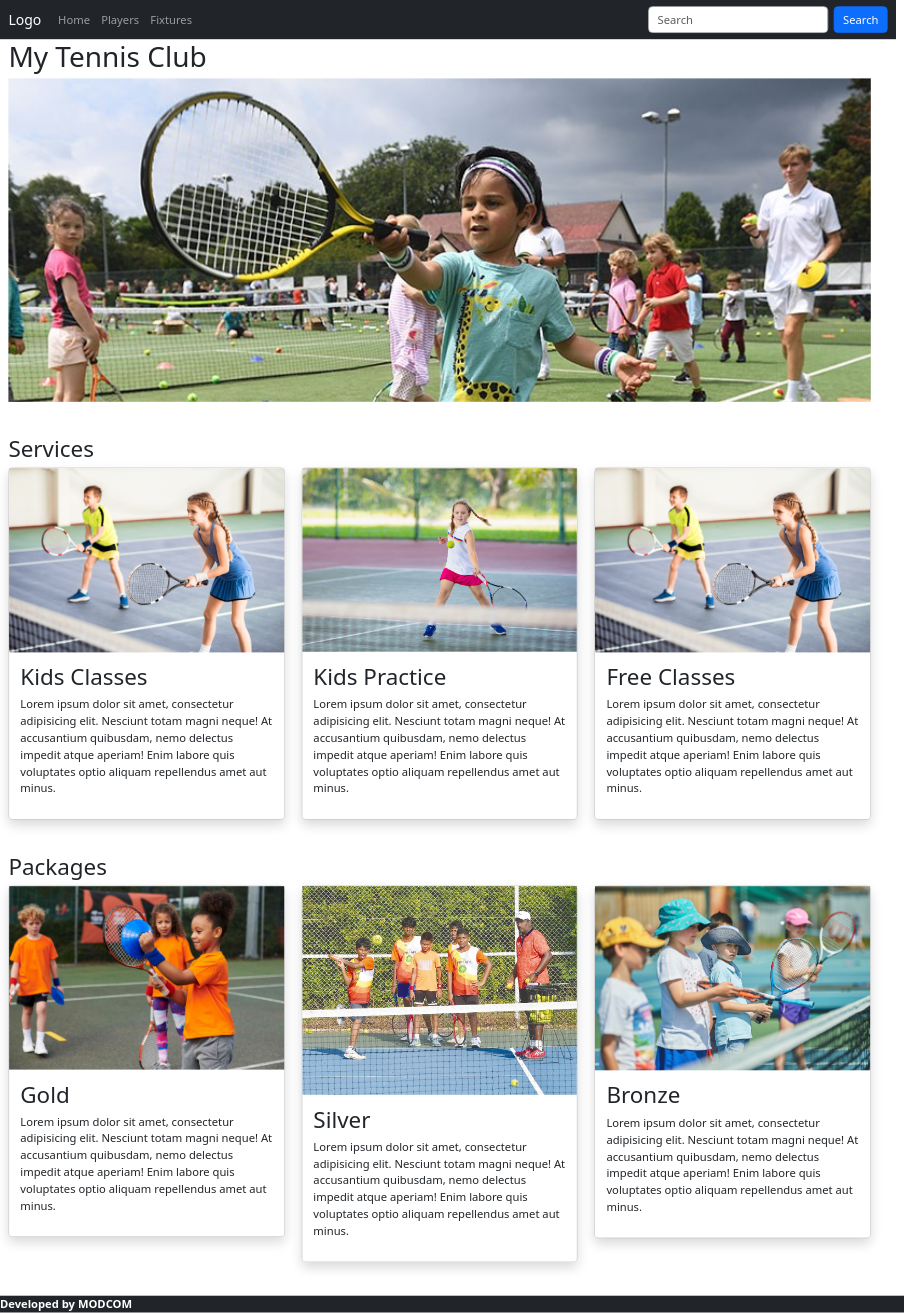
Repository: shanicenaliakanyongesa/kotlin_cont
Page: http://localhost/home/
An editor plug-in stored every save of this project. The page is shown before and after the next save, followed by the edit.
The browser window is 1280 px wide. The page is 1292 px wide, then 1280 px, so the pictures cover 1292 px, including what lies to the right of the window. The pictures show the whole page, at 70% of full size.
The page is served by the project's application, run on Django 5.2 (manage.py).

Above is the page before, as saved 2024-10-29 13:49:39.

After the next save:
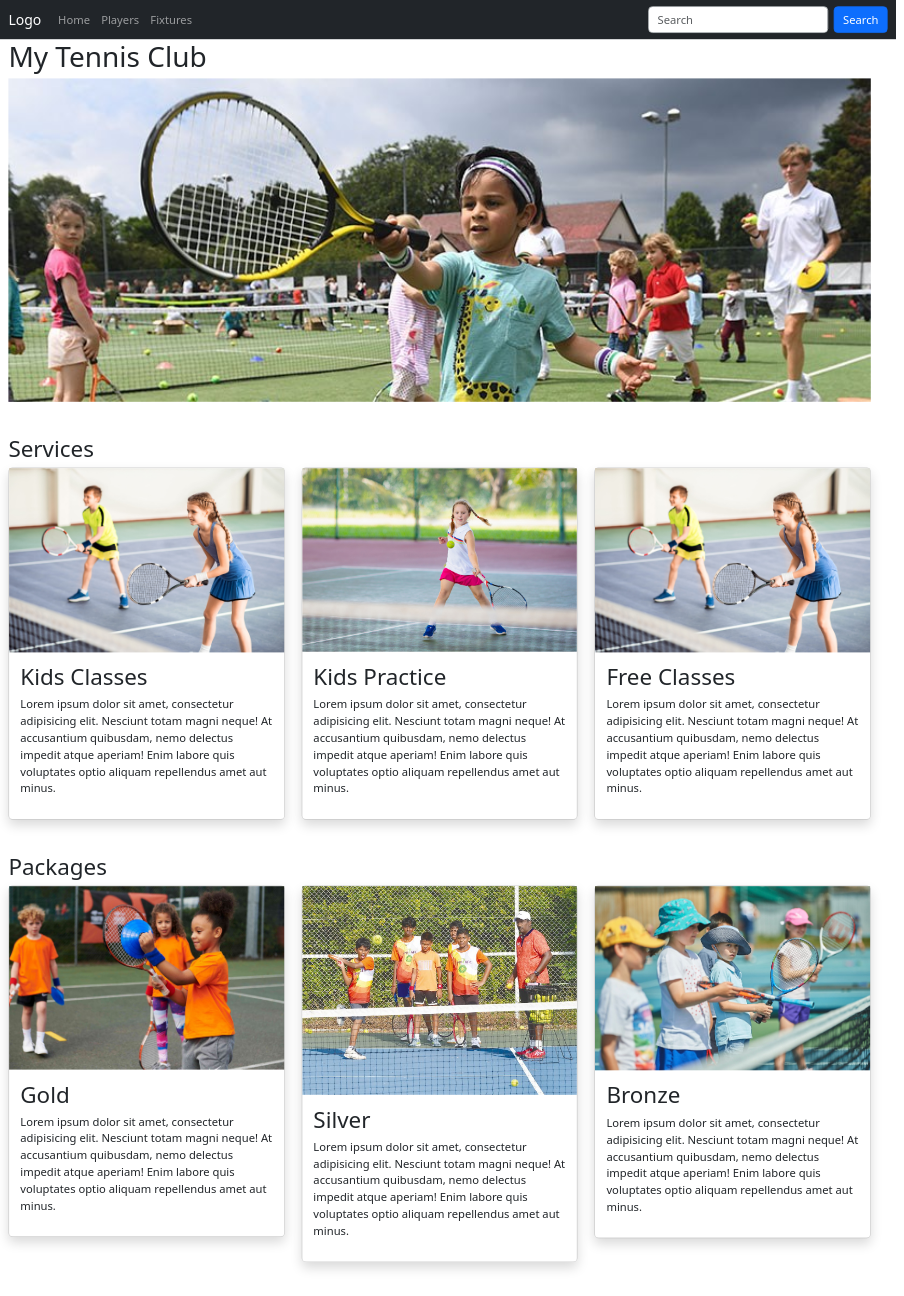
Saved 70 s later.
--- a/members/templates/home.html
+++ b/members/templates/home.html
@@ -96,10 +96,6 @@
     </section>
 
     <br><br>
-    <section class="row">
-         <div class="col-md-12 bg-dark">
-                <b class="text-white">Developed by MODCOM</b>
-         </div>
-    </section>
+
 </body>
 </html>
